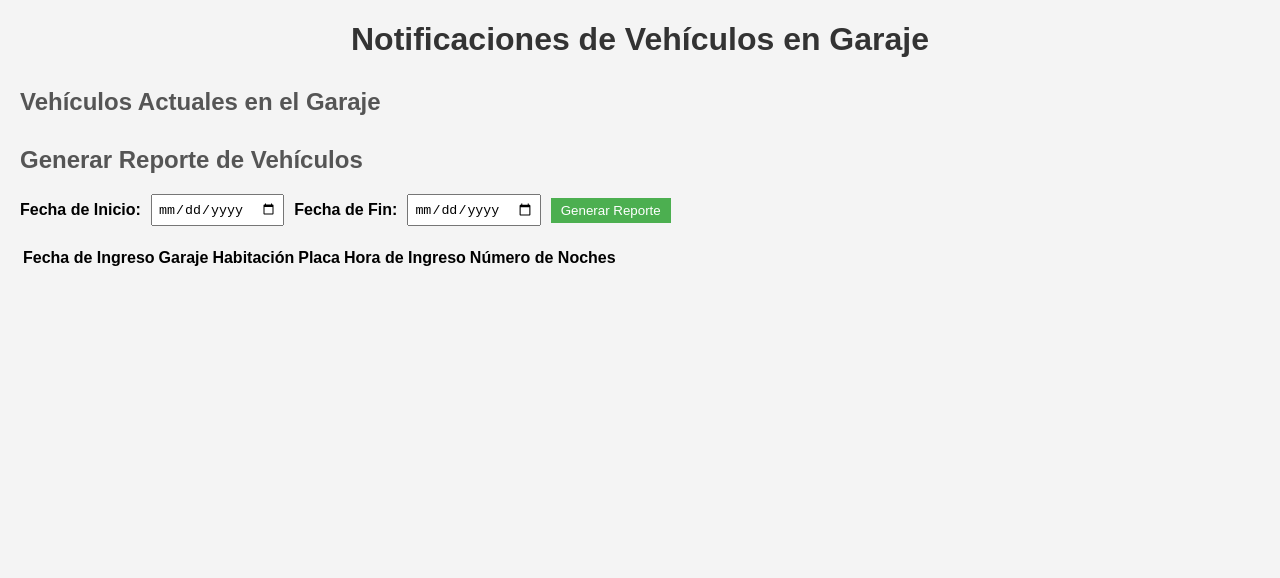
Repository: EddyWebz/REPOSITORIO-BASE-DATOS
Page: privado/report.html
These files come from the project's save history. The page is drawn as it stood at one moment and after the next save; the edit follows.
The browser window is 1280 px wide. The pictures show the whole page.
The page's requests for data from a server got no answer.

Above is the page before, as saved 2024-08-15 01:16:57.

### privado/report.html
<!DOCTYPE html>
<html lang="es">
<head>
    <meta charset="UTF-8">
    <meta name="viewport" content="width=device-width, initial-scale=1.0">
    <title>Notificaciones y Reportes de Vehículos</title>
    <!-- Vinculación al archivo CSS de notificaciones -->
    <link rel="stylesheet" href="/notif.css">
</head>
<body>
    <!-- Encabezado de la página -->
    <header>
        <h1>Notificaciones de Vehículos en Garaje</h1>
    </header>

    <!-- Sección de Notificaciones Activas -->
    <section id="notificaciones">
        <h2>Vehículos Actuales en el Garaje</h2>
        <div id="notificaciones-contenedor">
            <!-- Las notificaciones dinámicas se insertarán aquí -->
        </div>
    </section>

    <!-- Sección de Reportes -->
    <section id="reportes">
        <h2>Generar Reporte de Vehículos</h2>
        <form id="form-reporte">
            <label for="fecha-inicio">Fecha de Inicio:</label>
            <input type="date" id="fecha-inicio" name="fecha-inicio" required>

            <label for="fecha-fin">Fecha de Fin:</label>
            <input type="date" id="fecha-fin" name="fecha-fin" required>

            <button type="submit">Generar Reporte</button>
        </form>

        <!-- Tabla para mostrar los resultados del reporte -->
        <table id="tabla-reporte">
            <thead>
                <tr>
                    <th>Fecha de Ingreso</th>
                    <th>Garaje</th>
                    <th>Habitación</th>
                    <th>Placa</th>
                    <th>Hora de Ingreso</th>
                    <th>Número de Noches</th>
                </tr>
            </thead>
            <tbody>
                <!-- Las filas de datos se insertarán dinámicamente aquí -->
            </tbody>
        </table>
    </section>

    <!-- Vinculación al archivo JavaScript de notificaciones y reportes -->
    <script src="/report.js"></script>
</body>
</html>

### BASE-2/notif.css
/* Estilos generales */
body {
    font-family: Arial, sans-serif;
    margin: 20px;
    background-color: #f4f4f4;
}

header, section {
    margin-bottom: 30px;
}

/* Encabezado */
header h1 {
    text-align: center;
    color: #333;
}

/* Sección de Notificaciones */
#notificaciones h2, #notificaciones h3 {
    color: #555;
}

#notificaciones-contenedor-P1, #notificaciones-contenedor-P2 {
    display: flex;
    flex-wrap: wrap;
    gap: 10px;
}

.notificacion {
    background-color: #fff;
    border-left: 5px solid #4CAF50;
    padding: 10px 15px;
    box-shadow: 0 2px 4px rgba(0, 0, 0, 0.1);
    width: calc(33.333% - 20px);
}

/* Sección de Reportes */
#reportes h2, #reportes h3 {
    color: #555;
}

#form-reporte {
    display: flex;
    align-items: center;
    gap: 10px;
    margin-bottom: 20px;
}

#form-reporte label {
    font-weight: bold;
}

#form-reporte input {
    padding: 5px;
}

#form-reporte button {
    padding: 5px 10px;
    background-color: #4CAF50;
    color: #fff;
    border: none;
    cursor: pointer;
}

#form-reporte button:hover {
    background-color: #45a049;
}

/* Tablas de Reportes */
#tabla-reporte-P1, #tabla-reporte-P2 {
    width: 100%;
    border-collapse: collapse;
    margin-bottom: 20px;
}

#tabla-reporte-P1 th, #tabla-reporte-P1 td,
#tabla-reporte-P2 th, #tabla-reporte-P2 td {
    border: 1px solid #ddd;
    padding: 8px;
    text-align: center;
}

#tabla-reporte-P1 th, #tabla-reporte-P2 th {
    background-color: #4CAF50;
    color: white;
}

### BASE-2/report.js
document.addEventListener('DOMContentLoaded', () => {
    actualizarNotificaciones();
    configurarFormularioReporte();

    // Configurar auto-actualización cada 5 minutos
    setInterval(actualizarNotificaciones, 5 * 60 * 1000);
});

// Función para obtener y actualizar las notificaciones activas
function actualizarNotificaciones() {
    fetch('/api/notificaciones')
        .then(response => response.json())
        .then(data => {
            const contenedor = document.getElementById('notificaciones-contenedor');
            contenedor.innerHTML = ''; // Limpiar contenido previo

            data.forEach(notificacion => {
                const div = document.createElement('div');
                div.classList.add('notificacion');

                if (notificacion.esUrgente) {
                    div.classList.add('urgente');
                }

                div.innerHTML = `
                    <p><strong>Habitación:</strong> ${notificacion.habitacion}</p>
                    <p><strong>Placa:</strong> ${notificacion.placa}</p>
                `;

                contenedor.appendChild(div);
            });
        })
        .catch(error => console.error('Error al obtener notificaciones:', error));
}

// Función para configurar el formulario de generación de reportes
function configurarFormularioReporte() {
    const form = document.getElementById('form-reporte');
    form.addEventListener('submit', (e) => {
        e.preventDefault();

        const fechaInicio = document.getElementById('fecha-inicio').value;
        const fechaFin = document.getElementById('fecha-fin').value;

        fetch(`/api/reportes?fechaInicio=${fechaInicio}&fechaFin=${fechaFin}`)
            .then(response => response.json())
            .then(data => {
                const tbody = document.querySelector('#tabla-reporte tbody');
                tbody.innerHTML = ''; // Limpiar contenido previo

                data.forEach(registro => {
                    const tr = document.createElement('tr');
                    tr.innerHTML = `
                        <td>${registro.fechaIngreso}</td>
                        <td>${registro.garaje}</td>
                        <td>${registro.habitacion}</td>
                        <td>${registro.placa}</td>
                        <td>${registro.horaIngreso}</td>
                        <td>${registro.numeroNoches}</td>
                    `;
                    tbody.appendChild(tr);
                });
            })
            .catch(error => console.error('Error al generar el reporte:', error));
    });
}

After the next save:
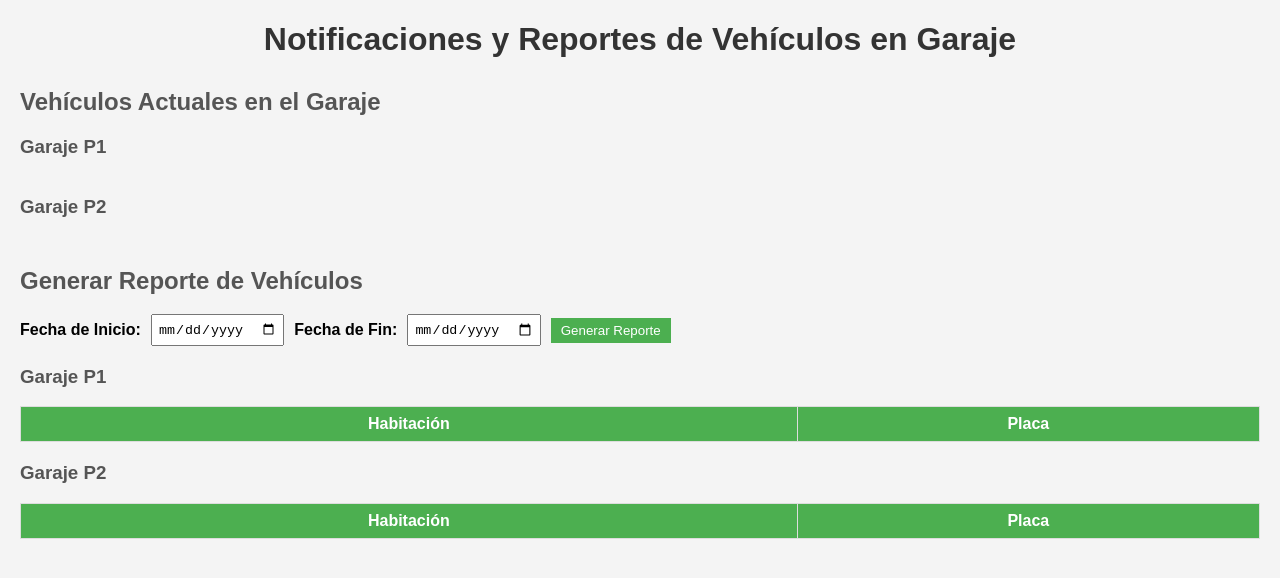
Saved 33 s later.
--- a/privado/report.html
+++ b/privado/report.html
@@ -10,14 +10,19 @@
 <body>
     <!-- Encabezado de la página -->
     <header>
-        <h1>Notificaciones de Vehículos en Garaje</h1>
+        <h1>Notificaciones y Reportes de Vehículos en Garaje</h1>
     </header>
 
     <!-- Sección de Notificaciones Activas -->
     <section id="notificaciones">
         <h2>Vehículos Actuales en el Garaje</h2>
-        <div id="notificaciones-contenedor">
-            <!-- Las notificaciones dinámicas se insertarán aquí -->
+        <h3>Garaje P1</h3>
+        <div id="notificaciones-contenedor-P1">
+            <!-- Las notificaciones dinámicas de P1 se insertarán aquí -->
+        </div>
+        <h3>Garaje P2</h3>
+        <div id="notificaciones-contenedor-P2">
+            <!-- Las notificaciones dinámicas de P2 se insertarán aquí -->
         </div>
     </section>
 
@@ -34,16 +39,25 @@
             <button type="submit">Generar Reporte</button>
         </form>
 
-        <!-- Tabla para mostrar los resultados del reporte -->
-        <table id="tabla-reporte">
+        <h3>Garaje P1</h3>
+        <table id="tabla-reporte-P1">
             <thead>
                 <tr>
-                    <th>Fecha de Ingreso</th>
-                    <th>Garaje</th>
                     <th>Habitación</th>
                     <th>Placa</th>
-                    <th>Hora de Ingreso</th>
-                    <th>Número de Noches</th>
+                </tr>
+            </thead>
+            <tbody>
+                <!-- Las filas de datos se insertarán dinámicamente aquí -->
+            </tbody>
+        </table>
+
+        <h3>Garaje P2</h3>
+        <table id="tabla-reporte-P2">
+            <thead>
+                <tr>
+                    <th>Habitación</th>
+                    <th>Placa</th>
                 </tr>
             </thead>
             <tbody>
